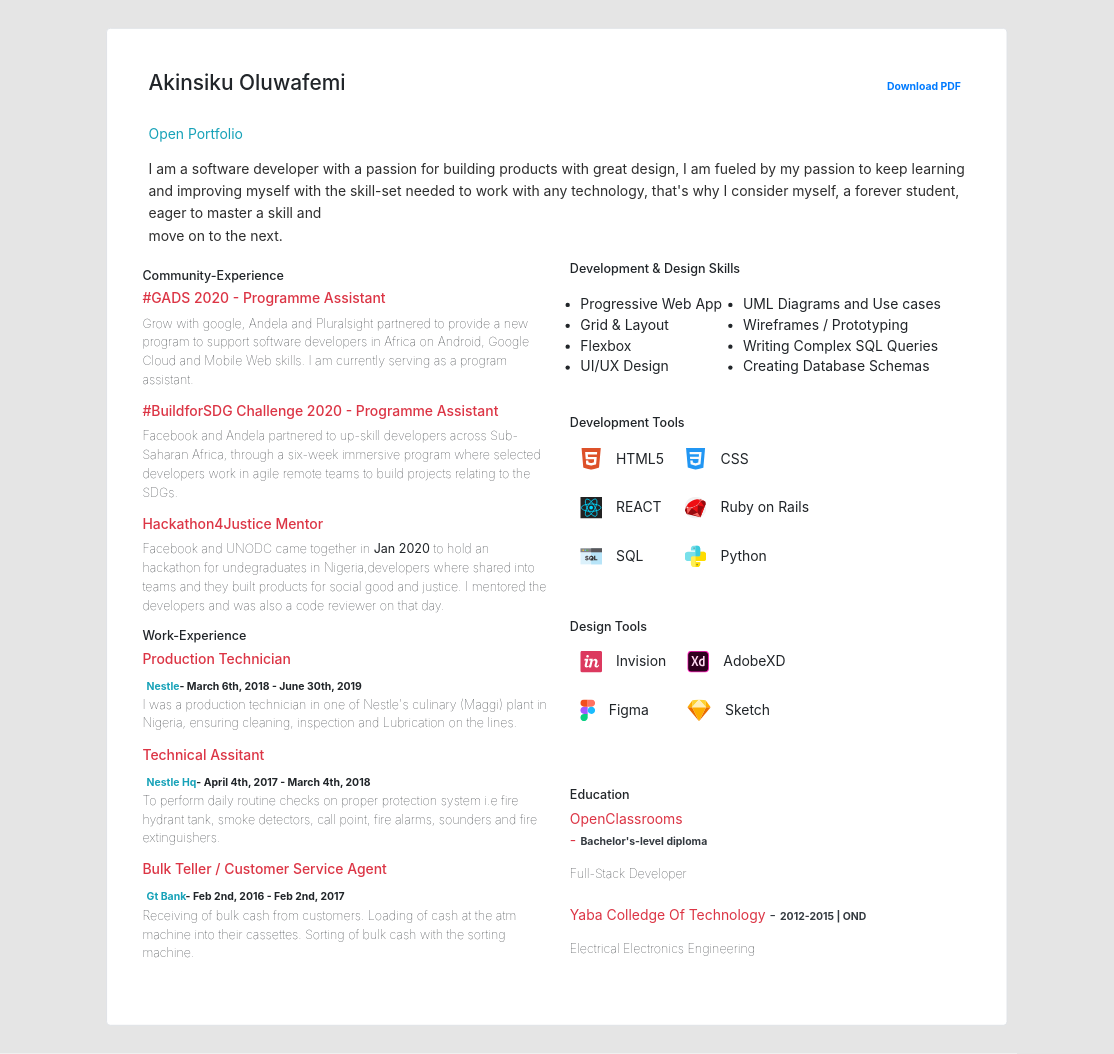
Repository: akinsikuoluwafemi/resume
Page: index.html
These files come from the project's save history. The page is drawn as it stood at one moment and after the next save; the edit follows.
The browser window is 1280 px wide. The pictures show the whole page, at 87% of full size.
The style sheet was rebuilt from its Sass, Less or Tailwind sources for each picture, by a compiler version that may differ from the author's.

Above is the page before, as saved 2020-08-03 19:02:36.

### index.html
<!DOCTYPE html>
<html lang="en">

<head>
    <meta charset="UTF-8">
    <meta name="viewport" content="width=device-width, initial-scale=1.0">
    <meta http-equiv="X-UA-Compatible" content="ie=edge">
    <link rel="shortcut icon" type="image/png" href="./images/new-photo.png">

    <link rel="stylesheet" href="https://stackpath.bootstrapcdn.com/bootstrap/4.3.1/css/bootstrap.min.css" integrity="sha384-ggOyR0iXCbMQv3Xipma34MD+dH/1fQ784/j6cY/iJTQUOhcWr7x9JvoRxT2MZw1T"
        crossorigin="anonymous" />
    <link rel="stylesheet" href="./resume.css">

    <title>Akinsiku Oluwafemi - Software Developer</title>
</head>

<body>

   <div class="col-sm-12 col-lg-10 m-auto">
       <!--  -->
        <div class="p-c container border px-3 py-4 px-lg-5 py-lg-5 ">
            <header class="row">
                <div class="col d-flex align-items-center">
                    <h4 class="header__name mr-auto">Akinsiku Oluwafemi</h4>
                    <a href="./images/newresume.pdf" download="Femi_Akinsiku_resume.pdf" class="badge">Download PDF</a>
                </div>
            </header>
            <div class="row mt-4">
                <a href="https://femiakin.com/" target="_blank" class="col text-info">Open Portfolio</a>
            </div>

            <div class="row mt-3">
                <div class="col">
                    <p class="intro">I am a software developer with a passion for building products with great design, I am
                        fueled by my passion to keep learning and improving myself with the skill-set needed to work with
                        any
                        technology,
                        that's why I consider myself, a forever student, eager to master a skill and <br /> move on to the
                        next. </p>
                </div>
            </div>


            <div class="row">

                <div class="col col-lg-6 p-2  ">
                    <div>
                        <h5 class="item__header">Community-Experience</h5>

                        <h6 class="item__job text-danger">#GADS 2020 - Programme Assistant </h6>
                        <p class="item__description">Grow with google, Andela and Pluralsight partnered to provide a new
                            program to support
                            software developers in Africa on Android, Google Cloud and Mobile Web skills. I am currently
                            serving as a
                            program assistant.</p>

                    </div>

                    <div>



                        <h6 class="item__job text-danger">#BuildforSDG Challenge 2020 - Programme Assistant </h6>


                        <p class="item__description">Facebook and Andela partnered to up-skill developers across
                            Sub-Saharan
                            Africa,
                            through a six-week immersive program where selected developers work in agile remote
                            teams to build projects relating to the SDGs.
                        </p>

                    </div>

                    <div>
                        <h6 class="item__job text-danger">Hackathon4Justice Mentor</h6>
                        <p class="item__description">Facebook and UNODC came together in <strong>Jan 2020</strong> to hold
                            an
                            hackathon for
                            undegraduates in Nigeria,developers where shared into teams and they built products for social
                            good
                            and justice. I mentored the developers and was
                            also a code reviewer on that day.
                        </p>
                    </div>


                    <!-- here -->
                    <div>
                        <h5 class="item__header">Work-Experience</h5>
                        <h6 class="item__job text-danger">Production Technician</h6>
                        <span class="badge"><span class="text-info">Nestle</span>- March 6th, 2018 - June 30th, 2019 </span>
                        <p class="item__description">I was a production technician in one of Nestle's culinary (Maggi)
                            plant in
                            Nigeria,
                            ensuring cleaning, inspection and Lubrication on the lines.</p>

                    </div>
                    <div>
                        <h6 class="item__job text-danger">Technical Assitant</h6>
                        <span class="badge"><span class="text-info">Nestle Hq</span>- April 4th, 2017 - March 4th, 2018</span>
                        <p class="item__description">To perform daily routine checks on proper protection system i.e fire
                            hydrant tank,
                            smoke detectors, call point, fire
                            alarms, sounders and fire extinguishers.
                        </p>

                    </div>
                    <div>
                        <h6 class="item__job text-danger">Bulk Teller / Customer Service Agent</h6>
                        <span class="badge"><span class="text-info">Gt Bank</span>- Feb 2nd, 2016 - Feb 2nd, 2017 </span>
                        <p class="item__description">Receiving of bulk cash from customers.
                            Loading of cash at the atm machine into their cassettes.
                            Sorting of bulk cash with the sorting machine.</p>

                    </div>
                    <!-- here2 -->


                </div>
                <div class="col col-lg-6 ">

                    <div>
                        <h5 class="item__header ">Development & Design Skills</h5>
                        <div class="d-flex ">
                            <ul class="list__item">
                                <li>Progressive Web App</li>
                                <li>Grid & Layout</li>
                                <li>Flexbox</li>
                                <li>UI/UX Design</li>


                            </ul>
                            <ul class="list__item">
                                <li>UML Diagrams and Use cases</li>
                                <li>Wireframes / Prototyping</li>
                                <li>Writing Complex SQL Queries</li>
                                <li>Creating Database Schemas</li>



                            </ul>
                        </div>


                    </div>

                    <div class="item__container">
                        <h5 class="item__header">Development Tools</h5>
                        <div class="d-flex ">
                            <ul class="list__item">
                                <div class="d-flex  mb-3">
                                    <img src="./images/html5.svg" />
                                    <p class="ml-3">HTML5</p>
                                </div>
                                <div class="d-flex  mb-3">
                                    <img src="./images/react-1.svg" />
                                    <p class="ml-3">REACT</p>
                                </div>
                                <div class="d-flex ">
                                    <img src="./images/sql.svg" />
                                    <p class="ml-3">SQL</p>
                                </div>

                            </ul>
                            <ul class="list__item ">
                                <div class="d-flex  mb-3">
                                    <img src="./images/css-3.svg" />
                                    <p class="ml-3">CSS</p>
                                </div>
                                <div class="d-flex  mb-3">
                                    <img src="./images/ruby.svg" />
                                    <p class="ml-3">Ruby on Rails</p>
                                </div>
                                <div class="d-flex ">
                                    <img src="./images/python.svg" />
                                    <p class="ml-3">Python</p>
                                </div>


                            </ul>
                        </div>


                    </div>

                    <!-- here -->

                    <div class="item__contain">
                        <h5 class="item__header">Design Tools</h5>
                        <div class="d-flex ">
                            <ul class="list__item">
                                <div class="d-flex mb-3">
                                    <img src="./images/invision.svg" />
                                    <p class="ml-3">Invision</p>
                                </div>
                                <div class="d-flex ">
                                    <img src="./images/figma-1.svg" />
                                    <p class="ml-3">Figma</p>
                                </div>

                            </ul>
                            <ul class="list__item ">
                                <div class="d-flex  mb-3 ">
                                    <img src="./images/adobe-xd-1.svg" />
                                    <p class="ml-3">AdobeXD</p>
                                </div>
                                <div class="d-flex ">
                                    <img src="./images/sketch-2.svg" />
                                    <p class="ml-3">Sketch</p>
                                </div>


                            </ul>
                        </div>


                    </div>
                    <div>
                        <h5 class="item__header">Education</h5>
                        <a href="https://www.francecompetences.fr/recherche/rncp/27099/" class="text-danger text-info">OpenClassrooms
                            <p class="text-dark">-</span><span class="badge text-dark">Bachelor's-level diploma</span></a>
                        <p class="item__description ">Full-Stack Developer</p>

                        <p class="text-danger pt-2">Yaba Colledge Of Technology <span class="text-dark">-</span><span class="badge text-dark">2012-2015
                                | OND</span></p>
                        <p class="item__description ">Electrical Electronics Engineering</p>


                    </div>



                </div>

            </div>


        </div>

        <!--  -->
   </div>










    <script src="https://code.jquery.com/jquery-3.3.1.slim.min.js" integrity="sha384-q8i/X+965DzO0rT7abK41JStQIAqVgRVzpbzo5smXKp4YfRvH+8abtTE1Pi6jizo"
        crossorigin="anonymous"></script>
    <script src="https://cdnjs.cloudflare.com/ajax/libs/popper.js/1.14.7/umd/popper.min.js" integrity="sha384-UO2eT0CpHqdSJQ6hJty5KVphtPhzWj9WO1clHTMGa3JDZwrnQq4sF86dIHNDz0W1"
        crossorigin="anonymous"></script>
    <script src="https://stackpath.bootstrapcdn.com/bootstrap/4.3.1/js/bootstrap.min.js" integrity="sha384-JjSmVgyd0p3pXB1rRibZUAYoIIy6OrQ6VrjIEaFf/nJGzIxFDsf4x0xIM+B07jRM"
        crossorigin="anonymous"></script>
</body>

</html>

### resume.scss


body {
    background-color: #E5E5E5;

    -webkit-font-smoothing: antialiased;
  -moz-osx-font-smoothing: grayscale;
}

.container {
    margin: 2rem auto;
    background-color: white;
    border-radius: .3rem;
}

.intro {
    font-size: 1rem;
    color: rgba(0,0,0,0.82);
    line-height: 1.6rem;
}


.text-info:hover{
    text-decoration: none;
}

img {
    height: 25px;
}



.item {

     &__contain {
        margin-bottom: 2rem!important;
        // background: red;
    }

    &__container {
        margin: 1rem 0!important;
    }

    &__dev {
         font-size: .9rem;
        margin-bottom: 1rem;
    }

    &__header {
        font-size: .9rem;
        margin-bottom: .5rem;
    }

    &__description {
        font-weight: 100;
        font-size: .9rem;
    }

}


.list__item {
    padding: 12px;
}

@media (max-width: 576px) {
    br {
        display: none;
    }
 }

After the next save:
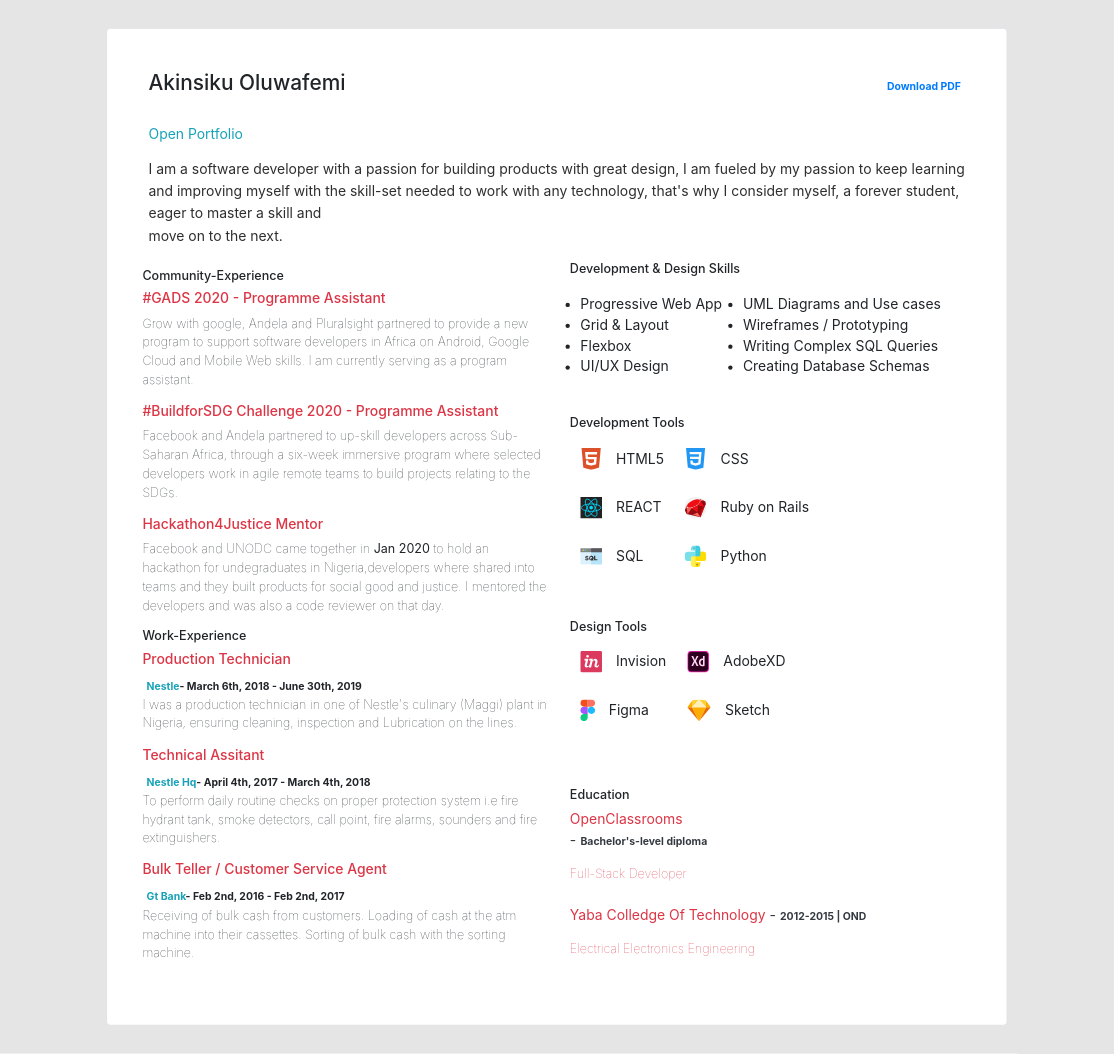
Saved 6 s later.
--- a/index.html
+++ b/index.html
@@ -219,7 +219,7 @@
                     <div>
                         <h5 class="item__header">Education</h5>
                         <a href="https://www.francecompetences.fr/recherche/rncp/27099/" class="text-danger text-info">OpenClassrooms
-                            <p class="text-dark">-</span><span class="badge text-dark">Bachelor's-level diploma</span></a>
+                            <p class="text-dark">-</span><span class="badge text-dark">Bachelor's-level diploma</span></p>
                         <p class="item__description ">Full-Stack Developer</p>
 
                         <p class="text-danger pt-2">Yaba Colledge Of Technology <span class="text-dark">-</span><span class="badge text-dark">2012-2015
